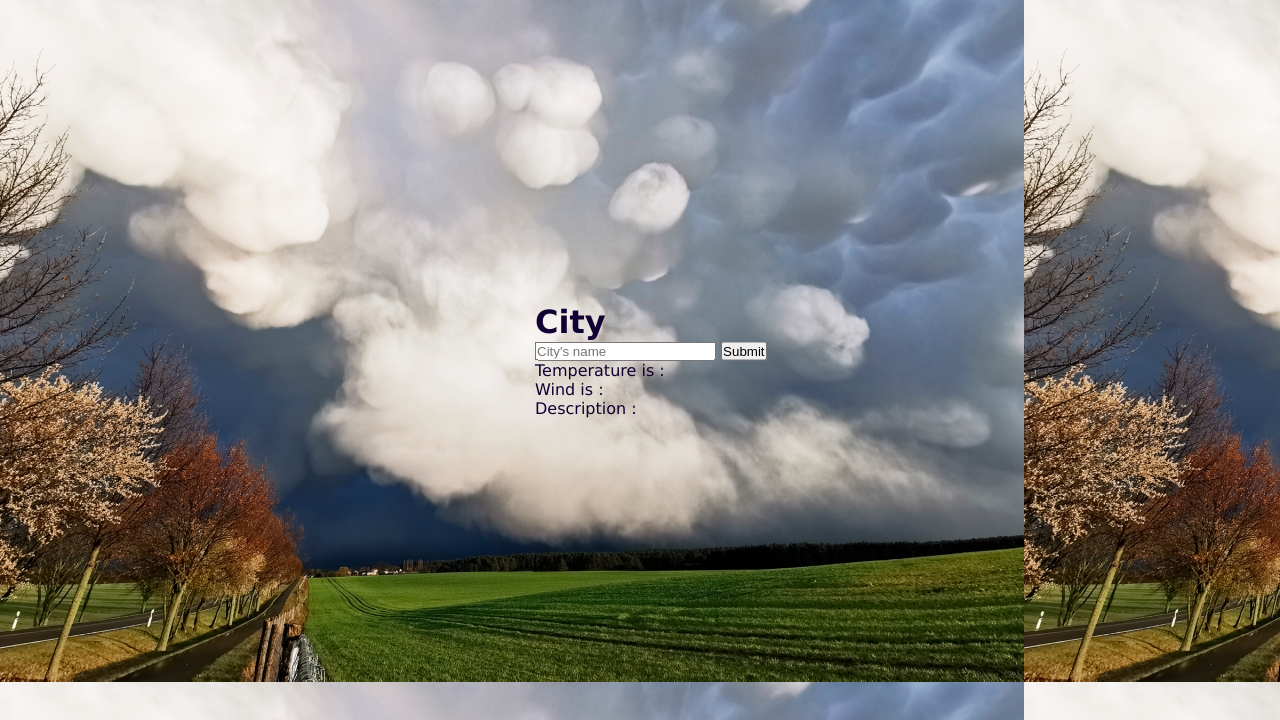
Repository: heartbreathing/searchWeather
Page: index.html
These files come from the project's save history. The page is drawn as it stood at one moment and after the next save; the edit follows.
The browser window is 1280 px wide. The pictures show the whole page.

Above is the page before, as saved 2022-11-06 22:47:11.

After the next save:
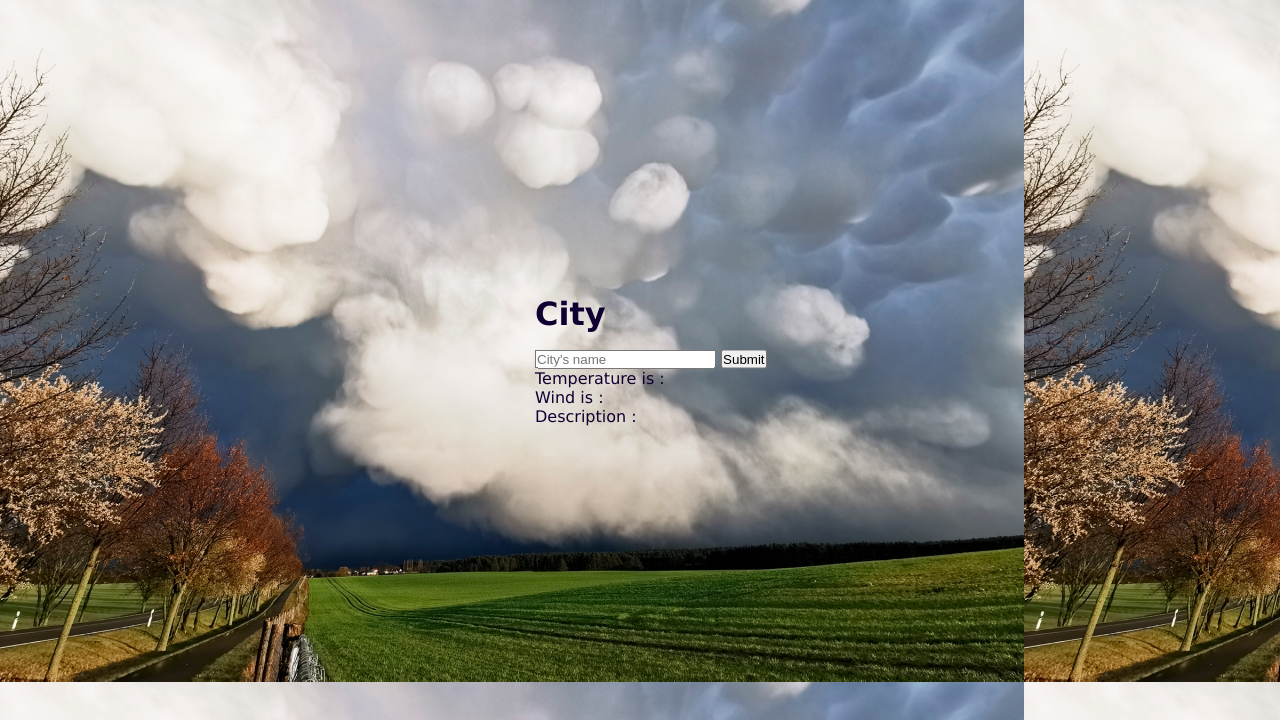
Saved 4 s later.
--- a/index.css
+++ b/index.css
@@ -18,7 +18,7 @@ body {
     row-gap: 1rem;
 }
 h1 {
-    margin-bottom: ;
+    margin-bottom: 1rem;
 }
 .content_line {
 
